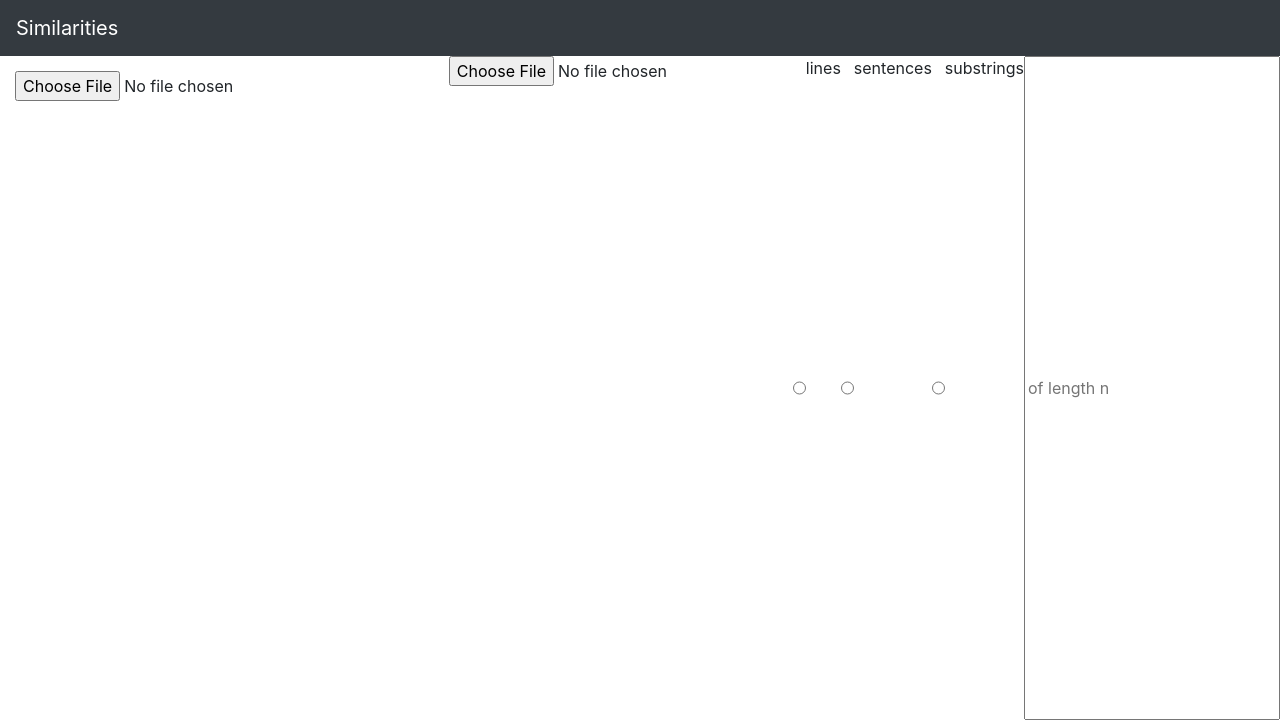
Repository: kenwynejohnes/cs50
Page: http://localhost/
The author's editor kept a record of every edit. The page is drawn from the files as they stood at one moment, then again after the next edit.
The browser window is 1280 px wide. The pictures show the whole page.
Some web libraries are served in a nearby version. The page is served by the project's application, run on Flask 3 (pset6/similarities/application.py). Other server files are loaded and not shown.

Above is the page before.

### pset6/similarities/templates/index.html
{% extends "layout.html" %}

{% block body %}

    <div class="col">
        <form action="/compare" enctype="multipart/form-data" method="post">

            <!-- TODO -->
            <p>
                <input type="file" name="file1"></input>
            </div>
            <div>
                <input type="file" name="file2"></input>
            </div>


            <input type="radio" name="algorithm" value="lines">lines</input>
            <input type="radio" name="algorithm" value="sentences">sentences</input>
            <input type="radio" name="algorithm" value="substrings">substrings</input>
            <input type="number" name="length" placeholder="of length n">

            <button type="submit">Compare</button>


        </form>
    </div>

{% endblock %}

### pset6/similarities/templates/layout.html
<!DOCTYPE html>

<html lang="en">
    <head>

        <!-- Required meta tags -->
        <meta charset="utf-8"/>
        <meta name="viewport" content="width=device-width, initial-scale=1, shrink-to-fit=no"/>

        <!-- Bootstrap CSS -->
        <link href="https://maxcdn.bootstrapcdn.com/bootstrap/4.0.0-beta/css/bootstrap.min.css" rel="stylesheet"/>

        <link href="/static/styles.css" rel="stylesheet"/>

        <title>Similarities</title>

    </head>
    <body>

        <nav class="navbar fixed-top navbar-dark bg-dark">
            <a class="navbar-brand" href="/">Similarities</a>
        </nav>

        <div class="container-fluid">
            <div class="row">
                {% block body %}{% endblock %}
            </div>
        </div>

        <!-- Optional JavaScript -->
        <script src="https://code.jquery.com/jquery-3.2.1.slim.min.js"></script>
        <script src="https://cdnjs.cloudflare.com/ajax/libs/popper.js/1.11.0/umd/popper.min.js"></script>
        <script src="https://maxcdn.bootstrapcdn.com/bootstrap/4.0.0-beta/js/bootstrap.min.js"></script>

    </body>
</html>

Loaded but not shown: pset6/similarities/application.py (common file); pset6/similarities/static/styles.css (common file)

After the next edit:
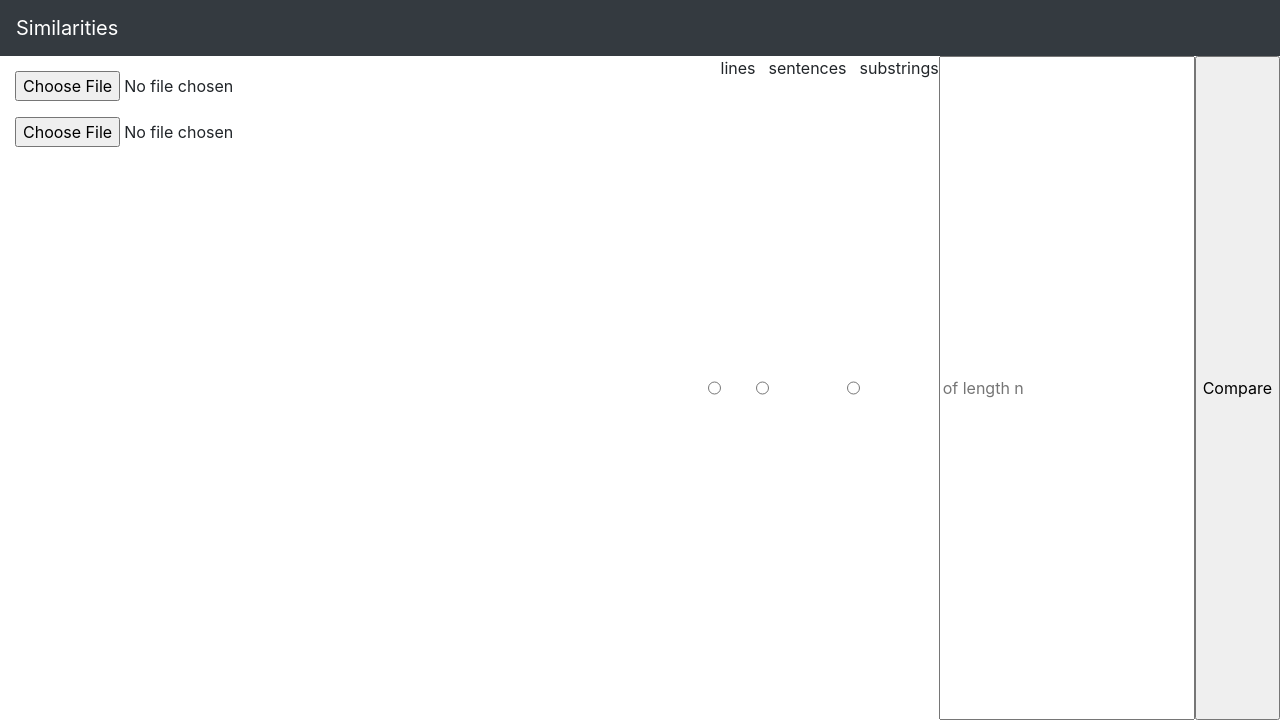
The edit:
--- a/pset6/similarities/templates/index.html
+++ b/pset6/similarities/templates/index.html
@@ -8,8 +8,8 @@
             <!-- TODO -->
             <p>
                 <input type="file" name="file1"></input>
-            </div>
-            <div>
+            </p>
+            <p>
                 <input type="file" name="file2"></input>
             </div>
 
